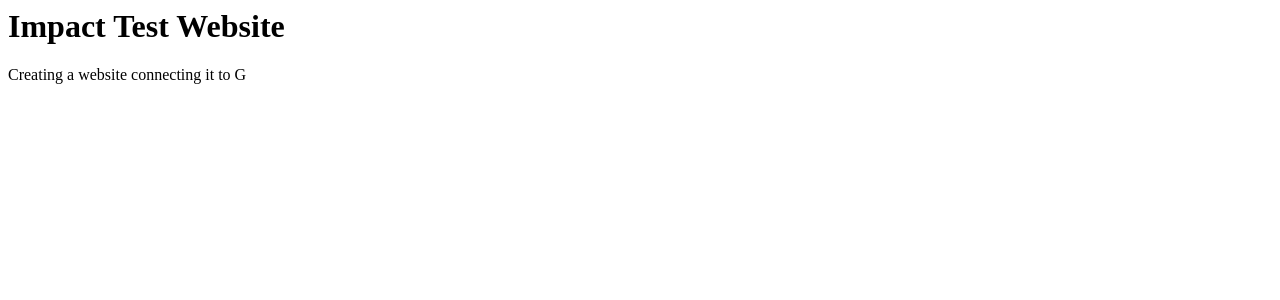
Repository: merin923/ImpactTestWebsite
Page: index.html
These files come from the project's save history. The page is drawn as it stood at one moment and after the next save; the edit follows.
The browser window is 1280 px wide. The pictures show the whole page.

Above is the page before, as saved 2022-02-25 20:36:04.

### index.html
<html lang="en">
<head>
    <meta charset="UTF-8">
    <meta http-equiv="X-UA-Compatible" content="IE=edge">
    <meta name="viewport" content="width=device-width, initial-scale=1.0">
    <title>Document</title>
    <!--Paste Goolge tag in head-->
    <!-- Google Tag Manager -->
    <script>(function(w,d,s,l,i){w[l]=w[l]||[];w[l].push({'gtm.start':
    new Date().getTime(),event:'gtm.js'});var f=d.getElementsByTagName(s)[0],
    j=d.createElement(s),dl=l!='dataLayer'?'&l='+l:'';j.async=true;j.src=
    'https://www.googletagmanager.com/gtm.js?id='+i+dl;f.parentNode.insertBefore(j,f);
    })(window,document,'script','dataLayer','GTM-W3NX7S4');</script>
    <!-- End Google Tag Manager -->

</head>
<body>
    <h1>Impact Test Website</h1>
    <p>Creating a website connecting it to G</p>
</body>
</html>

After the next save:
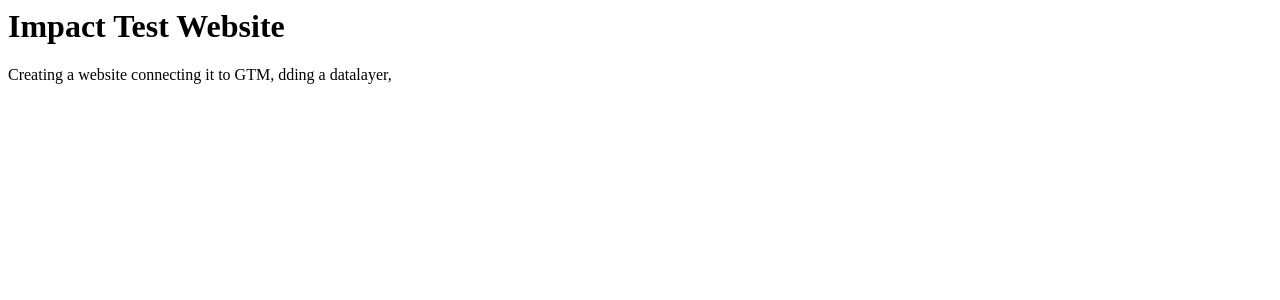
Saved 9 s later.
--- a/index.html
+++ b/index.html
@@ -16,6 +16,6 @@
 </head>
 <body>
     <h1>Impact Test Website</h1>
-    <p>Creating a website connecting it to G</p>
+    <p>Creating a website connecting it to GTM, dding a datalayer, </p>
 </body>
 </html>
